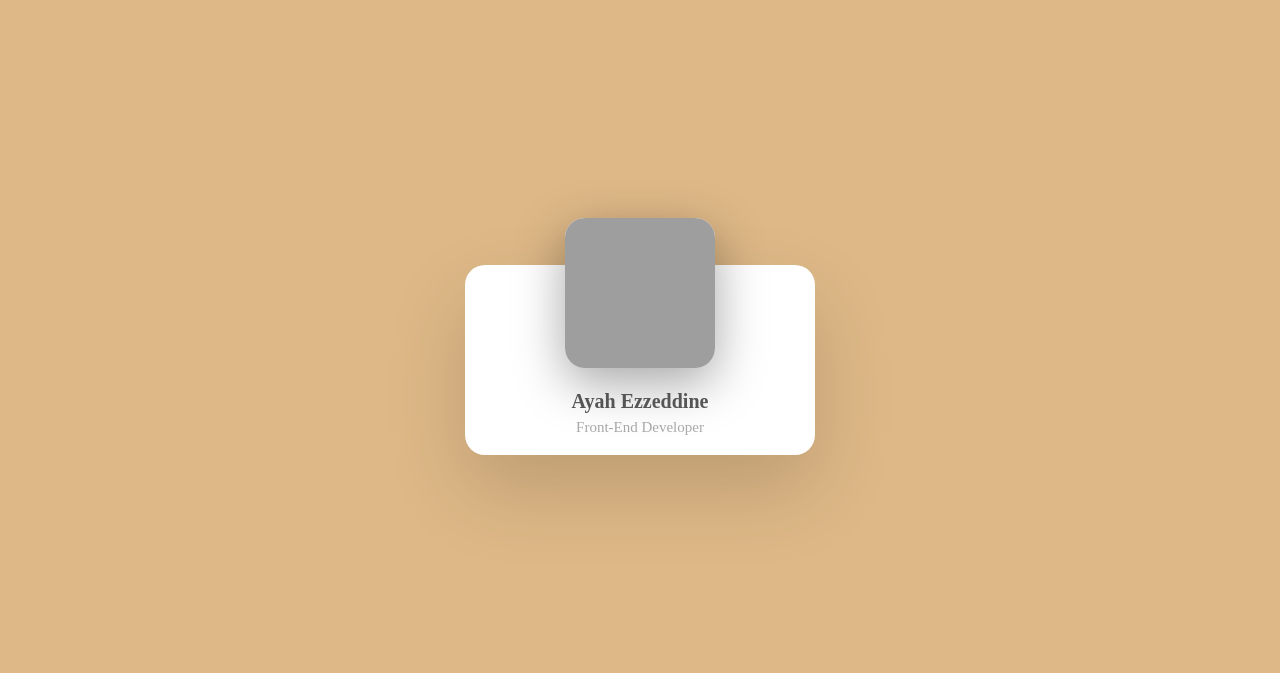
Repository: ayah1996/Github-Profiles
Page: index.html
The author's editor kept a copy of each file at every save. The page is drawn from the files as they stood at one save, then again after the next save.
The browser window is 1280 px wide. The pictures show the whole page.
Pictures or frames that could not be fetched are drawn as grey boxes. The page's requests for data from a server got no answer.

Above is the page before, as saved 2023-01-26 14:28:00.

### index.html
<!DOCTYPE html>
<html lang="en">
  <head>
    <meta charset="UTF-8" />
    <meta http-equiv="X-UA-Compatible" content="IE=edge" />
    <meta name="viewport" content="width=device-width, initial-scale=1.0" />
    <link rel="stylesheet" href="style.css" />
    <script src="script.js" defer></script>
    <title>Github Profile</title>
  </head>
  <body>
    <!-- <form id="form">
      <input type="text" id="search" placeholder="Search A Github User ..." />
    </form> -->
    <main id="main">
      <div class="card">
        <div class="imgBox">
          <img src="unnamed.jpg" alt="profile Image" />
        </div>
        <div class="content">
          <div class="details">
            <h2>Ayah Ezzeddine <br /><span> Front-End Developer </span></h2>
            <div class="data">
              <h3>342<br /><span>Followers</span></h3>
              <h3>342<br /><span>Following</span></h3>
              <h3>100<br /><span>Repos</span></h3>
            </div>
          </div>
        </div>
      </div>
    </main>
  </body>
</html>

### style.css
* {
  box-sizing: border-box;
}

body {
  margin: 0;
}

#main {
  display: flex;
  justify-content: center;
  align-items: center;
  min-height: 100vh;
  background-color: burlywood;
}

.card {
  position: relative;
  width: 350px;
  height: 190px;
  background-color: #fff;
  border-radius: 20px;
  box-shadow: 0 35px 80px rgba(0, 0, 0, 0.15);
  transition: 0.5s;
}

.card:hover {
  height: 450px;
}

.imgBox {
  position: absolute;
  left: 50%;
  top: -25%;
  transform: translateX(-50%);
  width: 150px;
  height: 150px;
  background-color: #fff;
  border-radius: 20px;
  box-shadow: 0 15px 50px rgba(0, 0, 0, 0.35);
  overflow: hidden;
  transition: 0.5s;
}
.card:hover .imgBox {
  width: 250px;
  height: 250px;
}
.imgBox img {
  position: absolute;
  top: 0;
  left: 0;
  width: 100%;
  height: 100%;
  -o-object-fit: cover;
  object-fit: cover;
}

.card .content {
  position: absolute;
  width: 100%;
  height: 100%;
  display: flex;
  justify-content: center;
  align-items: flex-end;
  overflow: hidden;
}

.card .details {
  width: 100%;
  padding: 40px;
  text-align: center;
  transition: 0.5s;
  transform: translateY(135px);
}

.card:hover .details {
  transform: translateY(0px);
}
.card .details h2 {
  font-size: 1.25em;
  font-weight: 600;
  color: #555;
  line-height: 1.2em;
}

.card .details h2 span {
  font-size: 0.75em;
  font-weight: 500;
  opacity: 0.5;
}

.card .details .data {
  display: flex;
  justify-content: space-between;
  margin: 20px 0;
}

.card .details .data h3 {
  font-size: 1em;
  color: #555;
  line-height: 1.2em;
  font-weight: 600;
}
.card .details .data h3 span {
  font-size: 0.85em;
  font-weight: 400;
  opacity: 0.5;
}

### script.js
const APIURL = "https://api.github.com/users/";

const main = document.getElementById("main");
const form = document.getElementById("form");
const search = document.getElementById("search");

getUser("ayah1996");

async function getUser(username) {
  const response = await fetch(APIURL + username);
  const data = await response.json();

  createUserCard(data);
  getRepos(username);
}

async function getRepos(username) {
  const response = await fetch(APIURL + username + "/repos");
  const data = await response.json();

  addReposToCard(data);
}

function createUserCard(user) {
  const cardHTML = ``;
}

After the next save:
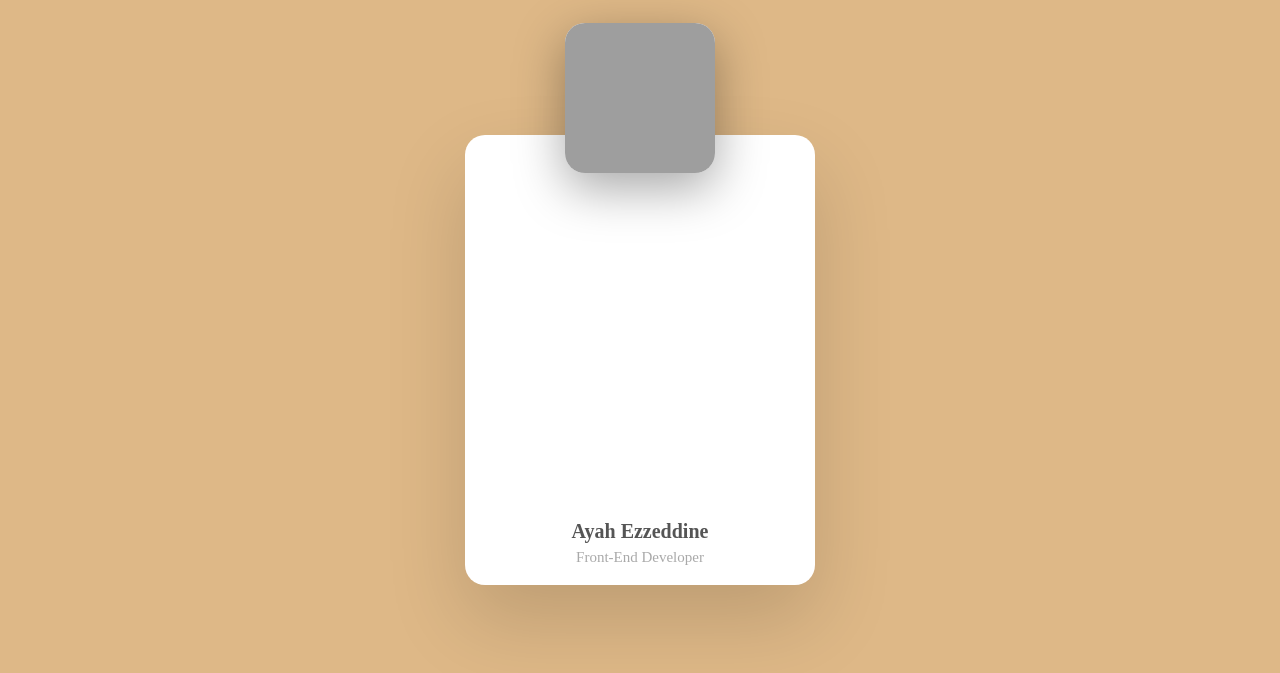
Saved 36 s later.
--- a/style.css
+++ b/style.css
@@ -17,7 +17,8 @@ body {
 .card {
   position: relative;
   width: 350px;
-  height: 190px;
+  /* height: 190px; */
+  height: 450px;
   background-color: #fff;
   border-radius: 20px;
   box-shadow: 0 35px 80px rgba(0, 0, 0, 0.15);
